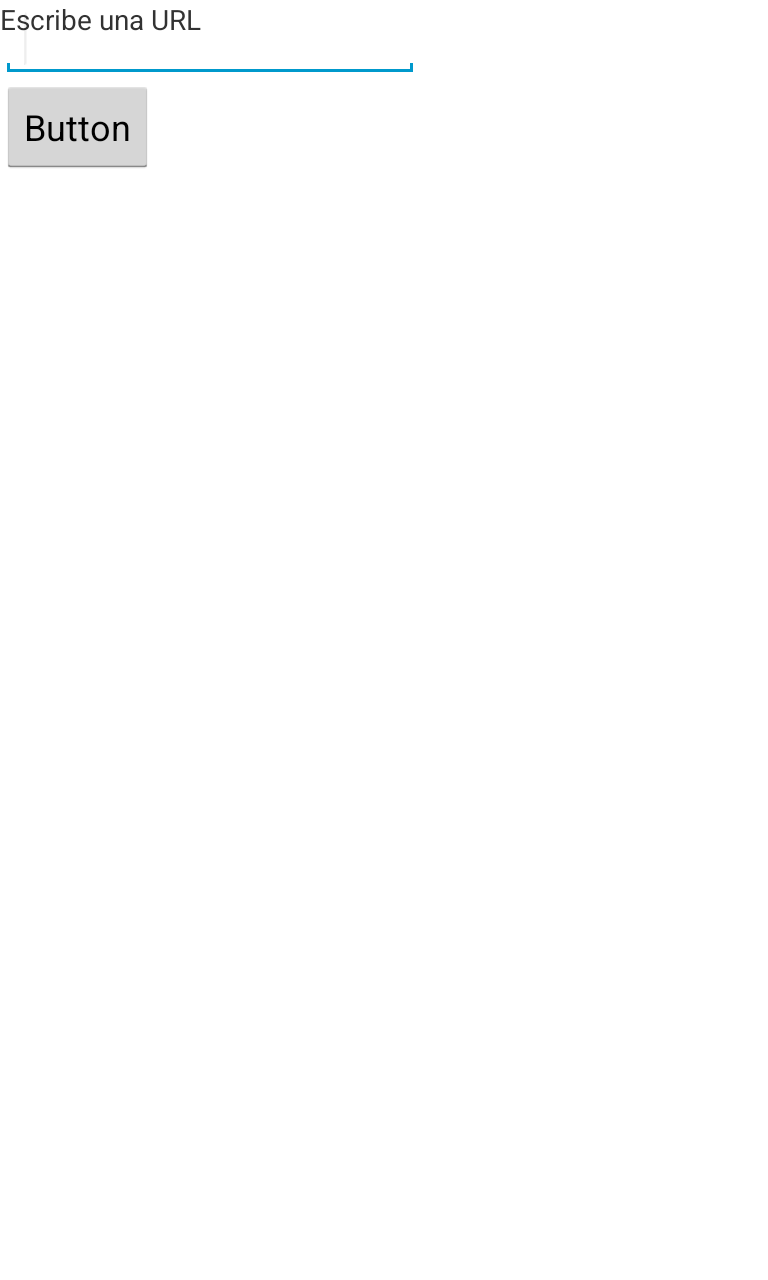
Repository: miguelcamposdev/cursoandroid
Layout: 01 Activities/MyCustomBrowser/res/layout/activity_prueba_url.xml
These files come from the project's save history. The layout is drawn as it stood at one moment and after the next save; the edit follows.
It is drawn on a 768 x 1280 px phone screen (xhdpi) without system bars, with theme AppTheme; the app's code is not run.

Above is the layout before, as saved 2014-11-12 15:50:50.

### 01 Activities/MyCustomBrowser/res/layout/activity_prueba_url.xml
<RelativeLayout xmlns:android="http://schemas.android.com/apk/res/android"
    xmlns:tools="http://schemas.android.com/tools"
    android:layout_width="match_parent"
    android:layout_height="match_parent"
    tools:context="${relativePackage}.${activityClass}" >

    <TextView
        android:id="@+id/textViewLabelUrl"
        android:layout_width="wrap_content"
        android:layout_height="wrap_content"
        android:text="@string/label_insert_url" />

    <EditText
        android:id="@+id/editTextUrl"
        android:layout_width="wrap_content"
        android:layout_height="wrap_content"
        android:layout_alignParentLeft="true"
        android:layout_below="@+id/textView1"
        android:ems="10"
        android:inputType="textUri" >

        <requestFocus />
    </EditText>

    <Button
        android:id="@+id/buttonOpenUrl"
        android:layout_width="wrap_content"
        android:layout_height="wrap_content"
        android:layout_alignParentLeft="true"
        android:layout_below="@+id/editTextUrl"
        android:text="Button" />

</RelativeLayout>

### 01 Activities/MyCustomBrowser/res/values/strings.xml
<?xml version="1.0" encoding="utf-8"?>
<resources>

    <string name="app_name">MyCustomBrowser</string>
    <string name="hello_world">Hello world!</string>
    <string name="label_insert_url">Escribe una URL</string>

</resources>

Loaded but not shown: 01 Activities/MyCustomBrowser/res/values/styles.xml (common file); 01 Activities/MyCustomBrowser/res/values-v11/styles.xml (common file); 01 Activities/MyCustomBrowser/res/values-v14/styles.xml (common file)

After the next save:
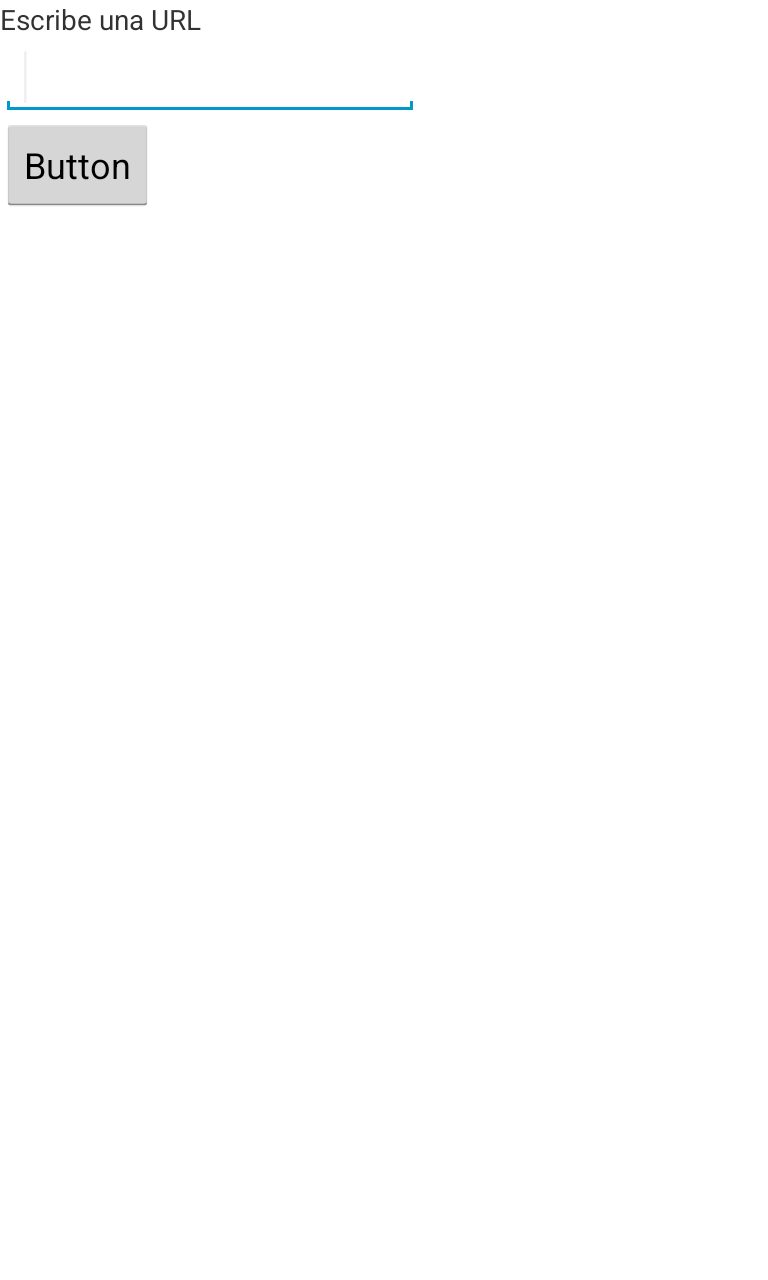
Saved 22 s later.
--- a/01 Activities/MyCustomBrowser/res/layout/activity_prueba_url.xml
+++ b/01 Activities/MyCustomBrowser/res/layout/activity_prueba_url.xml
@@ -15,7 +15,7 @@
         android:layout_width="wrap_content"
         android:layout_height="wrap_content"
         android:layout_alignParentLeft="true"
-        android:layout_below="@+id/textView1"
+        android:layout_below="@+id/textViewLabelUrl"
         android:ems="10"
         android:inputType="textUri" >
 
